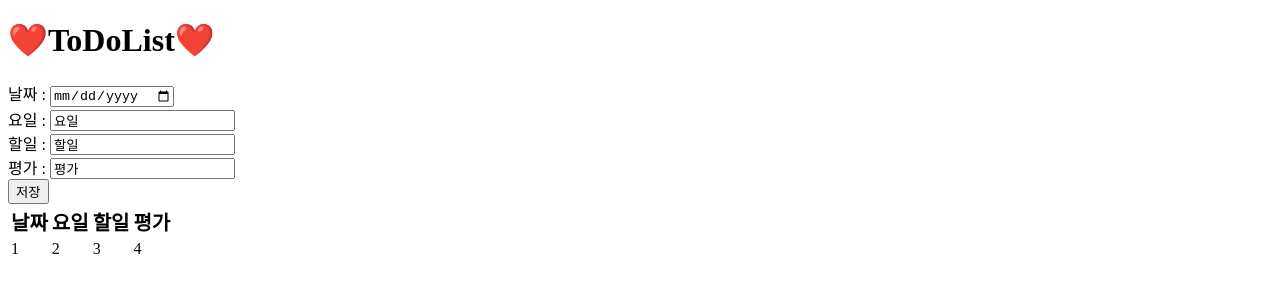
Repository: Flower-Deer/Mybatis_Practice_TodoList
Page: http://localhost/ToDoList/test.jsp
These files come from the project's save history. The page is drawn as it stood at one moment and after the next save; the edit follows.
The browser window is 1280 px wide. The pictures show the whole page.
The page is served by Tomcat 9.

Above is the page before, as saved 2023-03-18 06:10:08.

### ToDoList/src/main/webapp/test.jsp
<%@ page language="java" contentType="text/html; charset=UTF-8"
    pageEncoding="UTF-8"%>
<!DOCTYPE html>
<html>
<head>
<meta charset="EUC-KR">
<title>투두리스트</title>
</head>
<body>
<h1>❤️ToDoList❤️</h1>
<form>
	날짜 : <input type="date"> <br/>
	요일 : <input type="text" value="요일"> <br/>
	할일 : <input type="text" value="할일"> <br/>
	평가 : <input type="text" value="평가"> <br/>
	<input type="submit" value="저장">
</form>
<table>
	<thead style="font-size: 20px;">
		<tr>
			<th>날짜</th>
			<th>요일</th>
			<th>할일</th>
			<th>평가</th>
		</tr>
	</thead>
	<tbody>
		<tr>
			<td>1</td>
			<td>2</td>
			<td>3</td>
			<td>4</td>
		</tr>
	</tbody>
</table>
</body>
</html>

After the next save:
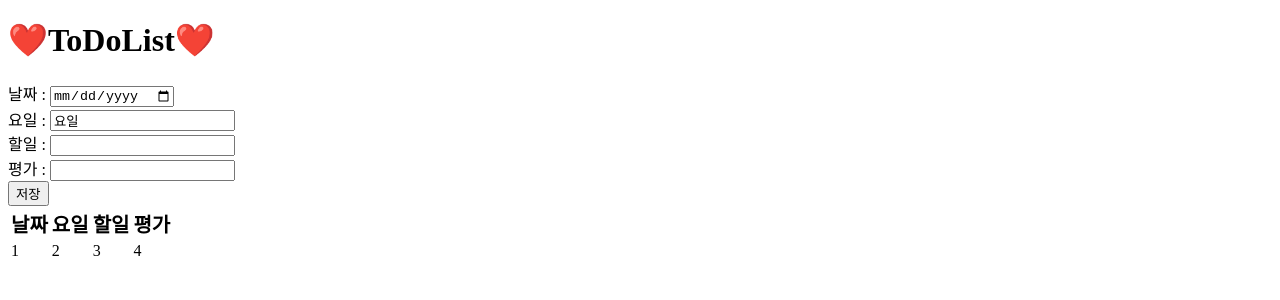
Saved 18 s later.
--- a/ToDoList/src/main/webapp/test.jsp
+++ b/ToDoList/src/main/webapp/test.jsp
@@ -11,8 +11,8 @@
 <form>
 	날짜 : <input type="date"> <br/>
 	요일 : <input type="text" value="요일"> <br/>
-	할일 : <input type="text" value="할일"> <br/>
-	평가 : <input type="text" value="평가"> <br/>
+	할일 : <input type="text"> <br/>
+	평가 : <input type="text"> <br/>
 	<input type="submit" value="저장">
 </form>
 <table>
